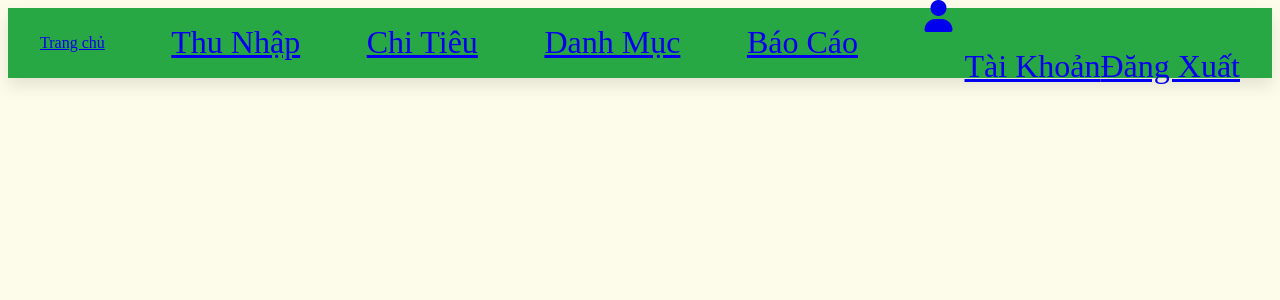
Repository: Dien973/expense_manager
Page: http://localhost/expense_manager/user_page/home.php
These files come from the project's save history. The page is drawn as it stood at one moment and after the next save; the edit follows.
The browser window is 1280 px wide. The pictures show the whole page.
The page is run by PHP 8.4 with error messages shown; the project is at /var/www/html/.

Above is the page before, as saved 2025-12-05 18:47:12.

After the next save:
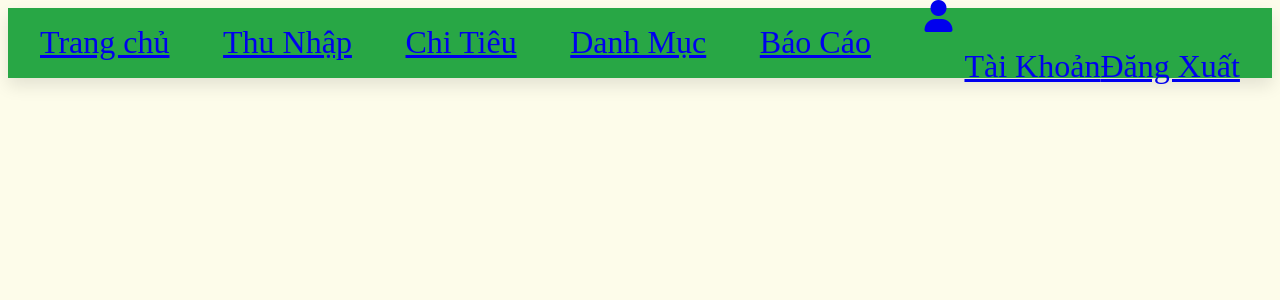
Saved 24 s later.
--- a/user_page/header.php
+++ b/user_page/header.php
@@ -15,7 +15,7 @@ if(isset($message)){
 
     <div class="flex">
 
-        <a href="home.php" class="logo">Trang chủ</a>
+        <li><a href="home.php" class="logo">Trang chủ</a></li>
         <li><a href="income.php">Thu Nhập </a></li>
         <li><a href="expense.php">Chi Tiêu</a></li>
         <li><a href="category.php">Danh Mục</a></li>
